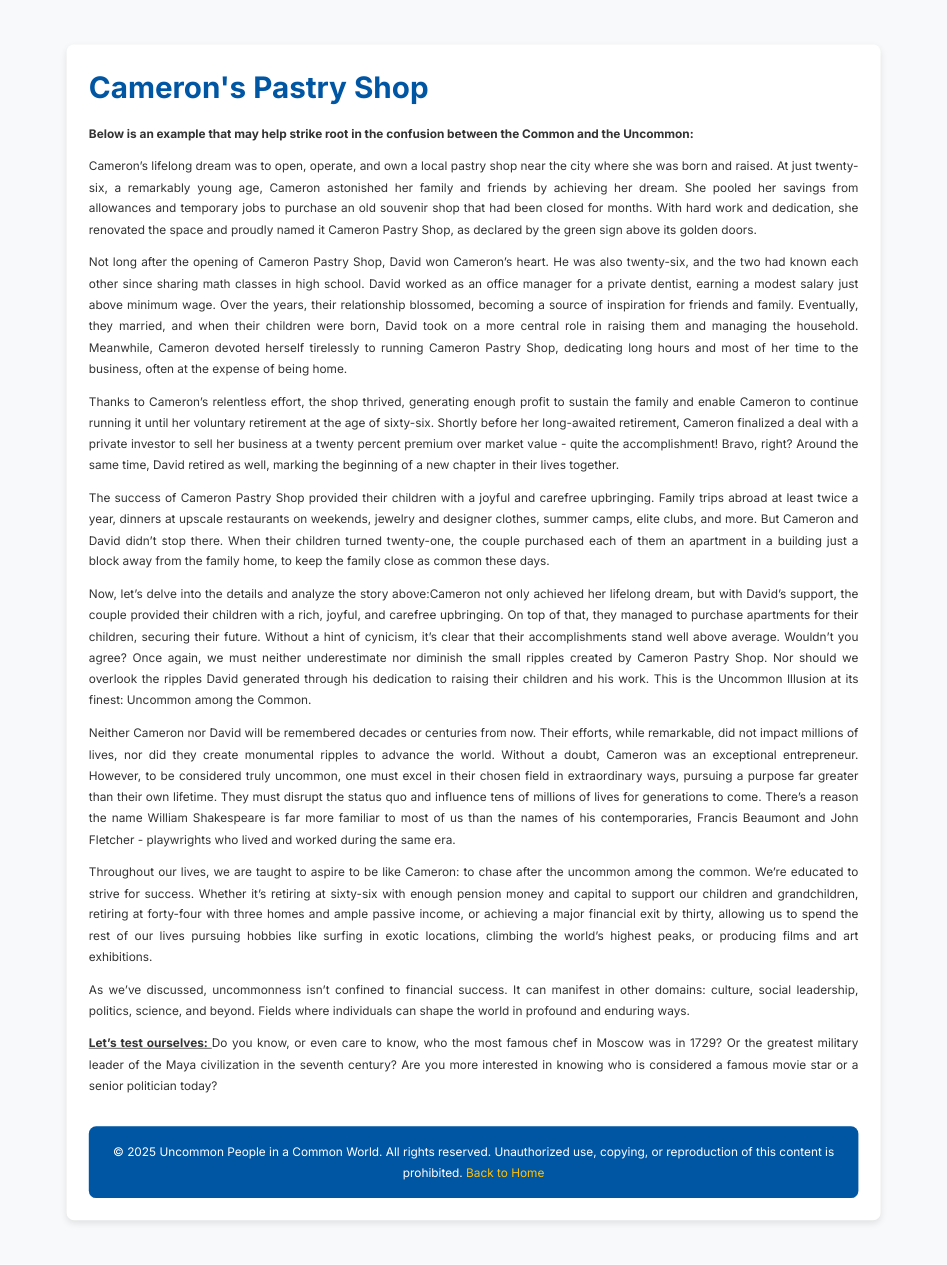
Repository: AvivGranot/Uncommon-Website
Page: post3.html
The author's editor kept a copy of each file at every save. The page is drawn from the files as they stood at one save, then again after the next save.
The browser window is 1280 px wide. The pictures show the whole page, at 74% of full size.

Above is the page before, as saved 2025-01-09 09:44:18.

### post3.html
<!DOCTYPE html>
<html lang="en">
<head>
    <meta charset="UTF-8">
    <meta name="viewport" content="width=device-width, initial-scale=1.0">
    <title>Camron's Pastry Shop?</title>
    <link href="https://fonts.googleapis.com/css2?family=Inter:wght@400;700&display=swap" rel="stylesheet">
    <style>
        * {
            margin: 0;
            padding: 0;
            box-sizing: border-box;
        }

        body {
            font-family: 'Inter', sans-serif;
            background-color: #f8f9fa;
            color: #333;
            line-height: 1.8;
            padding: 20px;
        }

        .container {
            max-width: 1100px;
            margin: 40px auto;
            padding: 30px;
            background-color: #fff;
            border-radius: 10px;
            box-shadow: 0 4px 10px rgba(0, 0, 0, 0.1);
        }

        h1 {
            font-size: 2.5rem;
            margin-bottom: 20px;
            line-height: 1.4;
            color: #0056a3;
        }

        p {
            font-size: 1rem;
            margin-bottom: 15px;
            text-align: justify;
        }

        b {
            font-weight: bold;
        }

        u {
            text-decoration: underline;
        }

        .image {
    width: 100%; /* Responsive width */
    max-height: 600px; /* Adjust maximum height as needed */
    object-fit: contain; /* Maintains aspect ratio and avoids distortion */
    border-radius: 10px;
    margin: 15px 0;
}


        .footnote {
            font-size: 0.8rem;
            color: #666;
            margin-top: 10px;
        }

        footer {
            text-align: center;
            margin-top: 40px;
            padding: 20px;
            background-color: #0056a3;
            color: white;
            border-radius: 10px;
        }

        footer a {
            color: #ffc107;
            text-decoration: none;
        }

        footer a:hover {
            text-decoration: underline;
        }
    </style>
</head>
<body>
    <div class="container">
        <h1>Cameron's Pastry Shop</h1>
        <p><b>Below is an example that may help strike root in the confusion between the Common and the Uncommon:</b></p>
        <p>Cameron’s lifelong dream was to open, operate, and own a local pastry shop near the city where she was born and raised. At just twenty-six, a remarkably young age, Cameron astonished her family and friends by achieving her dream. She pooled her savings from allowances and temporary jobs to purchase an old souvenir shop that had been closed for months. With hard work and dedication, she renovated the space and proudly named it Cameron Pastry Shop, as declared by the green sign above its golden doors.</p>
        <p>Not long after the opening of Cameron Pastry Shop, David won Cameron’s heart. He was also twenty-six, and the two had known each other since sharing math classes in high school. David worked as an office manager for a private dentist, earning a modest salary just above minimum wage. Over the years, their relationship blossomed, becoming a source of inspiration for friends and family. Eventually, they married, and when their children were born, David took on a more central role in raising them and managing the household. Meanwhile, Cameron devoted herself tirelessly to running Cameron Pastry Shop, dedicating long hours and most of her time to the business, often at the expense of being home.</p>
        <p>Thanks to Cameron’s relentless effort, the shop thrived, generating enough profit to sustain the family and enable Cameron to continue running it until her voluntary retirement at the age of sixty-six. Shortly before her long-awaited retirement, Cameron finalized a deal with a private investor to sell her business at a twenty percent premium over market value - quite the accomplishment! Bravo, right? Around the same time, David retired as well, marking the beginning of a new chapter in their lives together.</p>
        <p>The success of Cameron Pastry Shop provided their children with a joyful and carefree upbringing. Family trips abroad at least twice a year, dinners at upscale restaurants on weekends, jewelry and designer clothes, summer camps, elite clubs, and more. But Cameron and David didn’t stop there. When their children turned twenty-one, the couple purchased each of them an apartment in a building just a block away from the family home, to keep the family close as common these days.</p>
        <p>Now, let’s delve into the details and analyze the story above:Cameron not only achieved her lifelong dream, but with David’s support, the couple provided their children with a rich, joyful, and carefree upbringing. On top of that, they managed to purchase apartments for their children, securing their future. Without a hint of cynicism, it’s clear that their accomplishments stand well above average. Wouldn’t you agree? Once again, we must neither underestimate nor diminish the small ripples created by Cameron Pastry Shop. Nor should we overlook the ripples David generated through his dedication to raising their children and his work. This is the Uncommon Illusion at its finest: Uncommon among the Common.</p>
        <p>Neither Cameron nor David will be remembered decades or centuries from now. Their efforts, while remarkable, did not impact millions of lives, nor did they create monumental ripples to advance the world. Without a doubt, Cameron was an exceptional entrepreneur. However, to be considered truly uncommon, one must excel in their chosen field in extraordinary ways, pursuing a purpose far greater than their own lifetime. They must disrupt the status quo and influence tens of millions of lives for generations to come. There’s a reason the name William Shakespeare is far more familiar to most of us than the names of his contemporaries, Francis Beaumont and John Fletcher - playwrights who lived and worked during the same era.</p>
        <p>Throughout our lives, we are taught to aspire to be like Cameron: to chase after the uncommon among the common. We’re educated to strive for success. Whether it’s retiring at sixty-six with enough pension money and capital to support our children and grandchildren, retiring at forty-four with three homes and ample passive income, or achieving a major financial exit by thirty, allowing us to spend the rest of our lives pursuing hobbies like surfing in exotic locations, climbing the world’s highest peaks, or producing films and art exhibitions.</p>
        <p>As we’ve discussed, uncommonness isn’t confined to financial success. It can manifest in other domains: culture, social leadership, politics, science, and beyond. Fields where individuals can shape the world in profound and enduring ways.</p>
        <p><b><u>Let’s test ourselves: </u></b>Do you know, or even care to know, who the most famous chef in Moscow was in 1729? Or the greatest military leader of the Maya civilization in the seventh century? Are you more interested in knowing who is considered a famous movie star or a senior politician today?</p>

        <footer>
            &copy; 2025 Uncommon People in a Common World. All rights reserved. Unauthorized use, copying, or reproduction of this content is prohibited. <a href="index.html">Back to Home</a>
        </footer>
    </div>
</body>
</html>

After the next save:
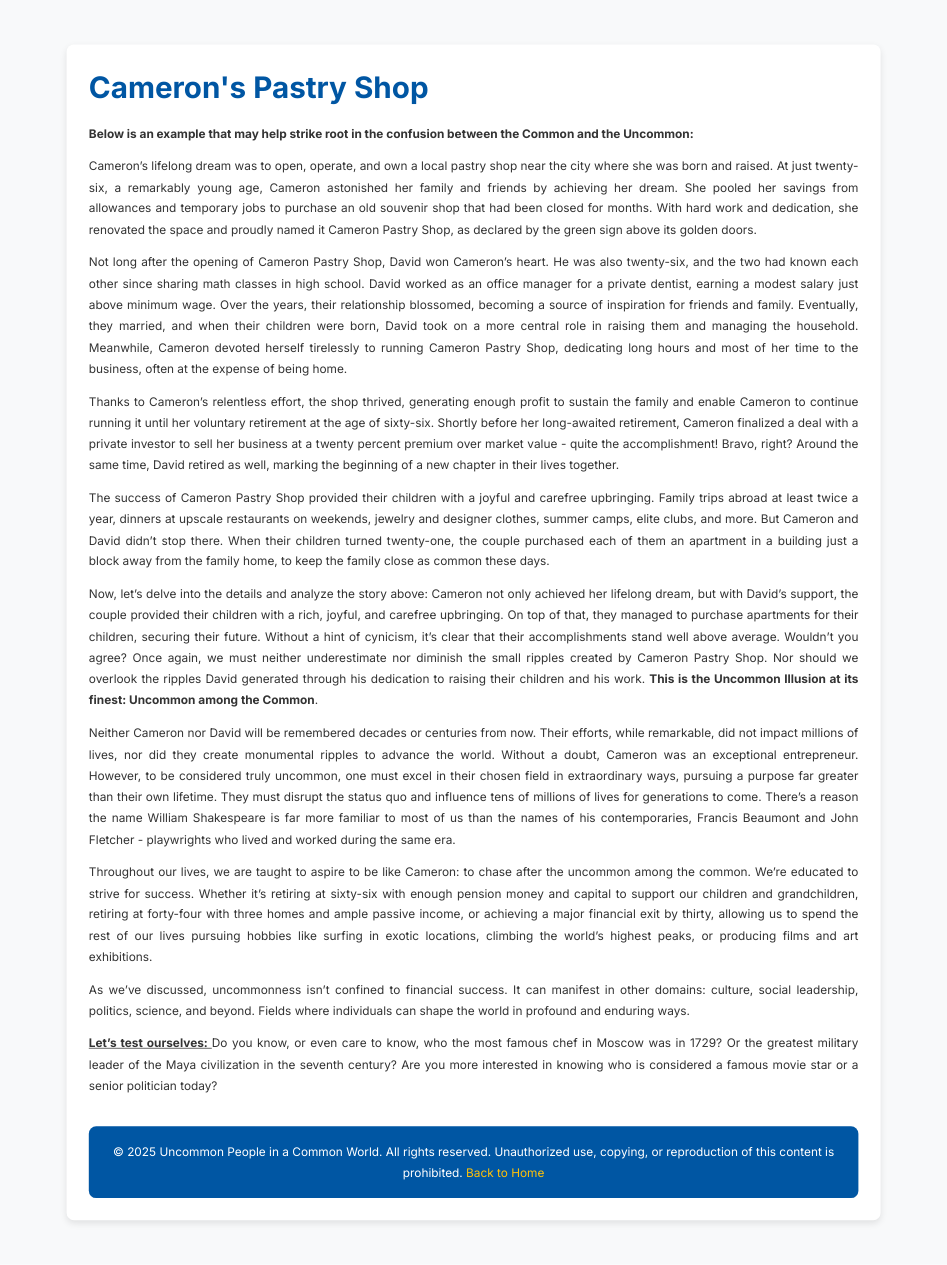
Saved 1 s later.
--- a/post3.html
+++ b/post3.html
@@ -92,7 +92,7 @@
         <p>Not long after the opening of Cameron Pastry Shop, David won Cameron’s heart. He was also twenty-six, and the two had known each other since sharing math classes in high school. David worked as an office manager for a private dentist, earning a modest salary just above minimum wage. Over the years, their relationship blossomed, becoming a source of inspiration for friends and family. Eventually, they married, and when their children were born, David took on a more central role in raising them and managing the household. Meanwhile, Cameron devoted herself tirelessly to running Cameron Pastry Shop, dedicating long hours and most of her time to the business, often at the expense of being home.</p>
         <p>Thanks to Cameron’s relentless effort, the shop thrived, generating enough profit to sustain the family and enable Cameron to continue running it until her voluntary retirement at the age of sixty-six. Shortly before her long-awaited retirement, Cameron finalized a deal with a private investor to sell her business at a twenty percent premium over market value - quite the accomplishment! Bravo, right? Around the same time, David retired as well, marking the beginning of a new chapter in their lives together.</p>
         <p>The success of Cameron Pastry Shop provided their children with a joyful and carefree upbringing. Family trips abroad at least twice a year, dinners at upscale restaurants on weekends, jewelry and designer clothes, summer camps, elite clubs, and more. But Cameron and David didn’t stop there. When their children turned twenty-one, the couple purchased each of them an apartment in a building just a block away from the family home, to keep the family close as common these days.</p>
-        <p>Now, let’s delve into the details and analyze the story above:Cameron not only achieved her lifelong dream, but with David’s support, the couple provided their children with a rich, joyful, and carefree upbringing. On top of that, they managed to purchase apartments for their children, securing their future. Without a hint of cynicism, it’s clear that their accomplishments stand well above average. Wouldn’t you agree? Once again, we must neither underestimate nor diminish the small ripples created by Cameron Pastry Shop. Nor should we overlook the ripples David generated through his dedication to raising their children and his work. This is the Uncommon Illusion at its finest: Uncommon among the Common.</p>
+        <p>Now, let’s delve into the details and analyze the story above: Cameron not only achieved her lifelong dream, but with David’s support, the couple provided their children with a rich, joyful, and carefree upbringing. On top of that, they managed to purchase apartments for their children, securing their future. Without a hint of cynicism, it’s clear that their accomplishments stand well above average. Wouldn’t you agree? Once again, we must neither underestimate nor diminish the small ripples created by Cameron Pastry Shop. Nor should we overlook the ripples David generated through his dedication to raising their children and his work. <b>This is the Uncommon Illusion at its finest: Uncommon among the Common</b>.</p>
         <p>Neither Cameron nor David will be remembered decades or centuries from now. Their efforts, while remarkable, did not impact millions of lives, nor did they create monumental ripples to advance the world. Without a doubt, Cameron was an exceptional entrepreneur. However, to be considered truly uncommon, one must excel in their chosen field in extraordinary ways, pursuing a purpose far greater than their own lifetime. They must disrupt the status quo and influence tens of millions of lives for generations to come. There’s a reason the name William Shakespeare is far more familiar to most of us than the names of his contemporaries, Francis Beaumont and John Fletcher - playwrights who lived and worked during the same era.</p>
         <p>Throughout our lives, we are taught to aspire to be like Cameron: to chase after the uncommon among the common. We’re educated to strive for success. Whether it’s retiring at sixty-six with enough pension money and capital to support our children and grandchildren, retiring at forty-four with three homes and ample passive income, or achieving a major financial exit by thirty, allowing us to spend the rest of our lives pursuing hobbies like surfing in exotic locations, climbing the world’s highest peaks, or producing films and art exhibitions.</p>
         <p>As we’ve discussed, uncommonness isn’t confined to financial success. It can manifest in other domains: culture, social leadership, politics, science, and beyond. Fields where individuals can shape the world in profound and enduring ways.</p>
